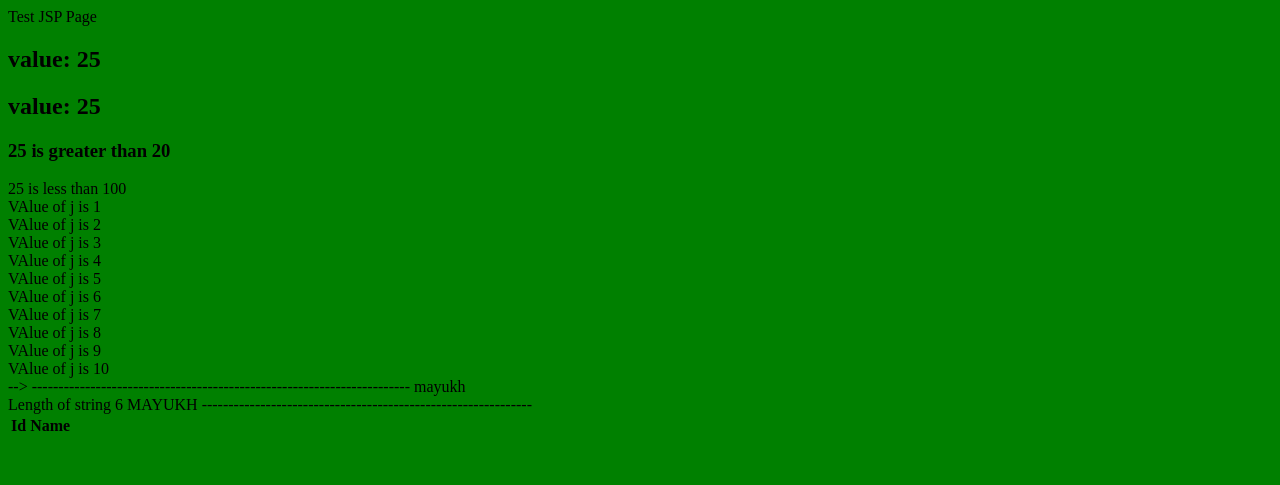
Repository: MayukhBR13/antwalk_classes
Page: http://localhost/DemoDynamic2Project/first.jsp
These files come from the project's save history. The page is drawn as it stood at one moment and after the next save; the edit follows.
The browser window is 1280 px wide. The pictures show the whole page.
The page is served by Tomcat 9. Queries for data that is not in the repository find no rows.

Above is the page before, as saved 2023-02-08 11:31:04.

After the next save:
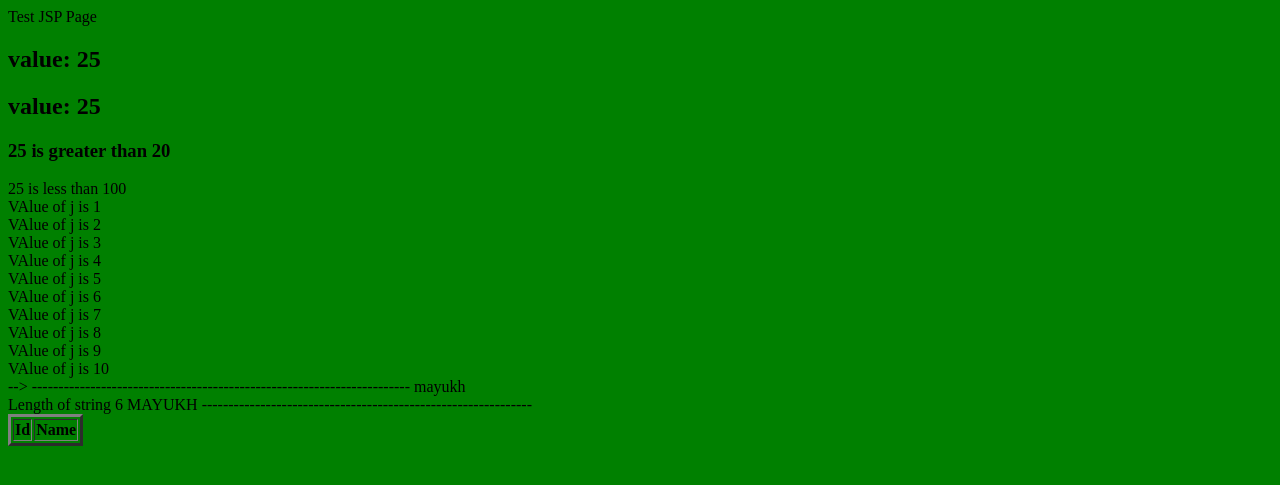
Saved 38 s later.
--- a/DemoDynamic2Project/src/main/webapp/first.jsp
+++ b/DemoDynamic2Project/src/main/webapp/first.jsp
@@ -87,7 +87,7 @@ Length of string
 --%>
 
 
-<table>
+<table border=3>
 <tr>
 <th>Id</th>
 <th>Name</th>
